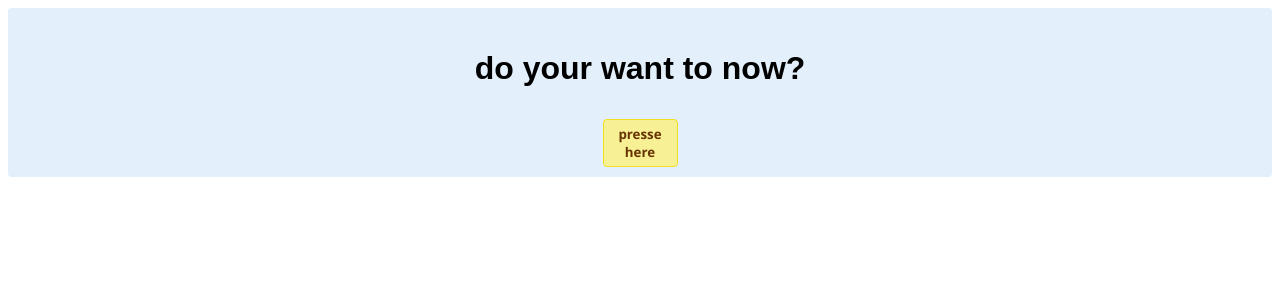
Repository: perlov3301/nav
Page: public/quiz/aabout.html
The author's editor kept a record of every edit. The page is drawn from the files as they stood at one moment, then again after the next edit.
The browser window is 1280 px wide. The pictures show the whole page.

Above is the page before.

After the next edit:
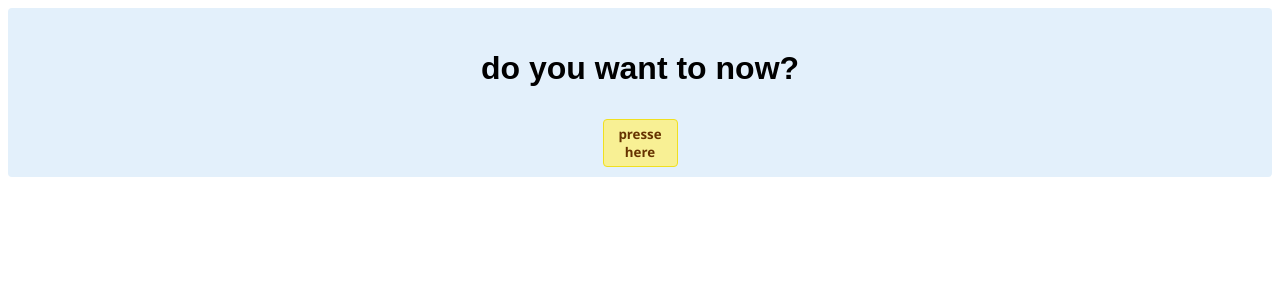
The edit:
--- a/public/quiz/aabout.html
+++ b/public/quiz/aabout.html
@@ -46,7 +46,7 @@
 
 <body>
 <div id="acmain">
- <p id="atext">do your want to now?</p>
+ <p id="atext">do you want to now?</p>
  <button id="aclick" class="acbutton">presse here</button>
 </div>
 <script>
